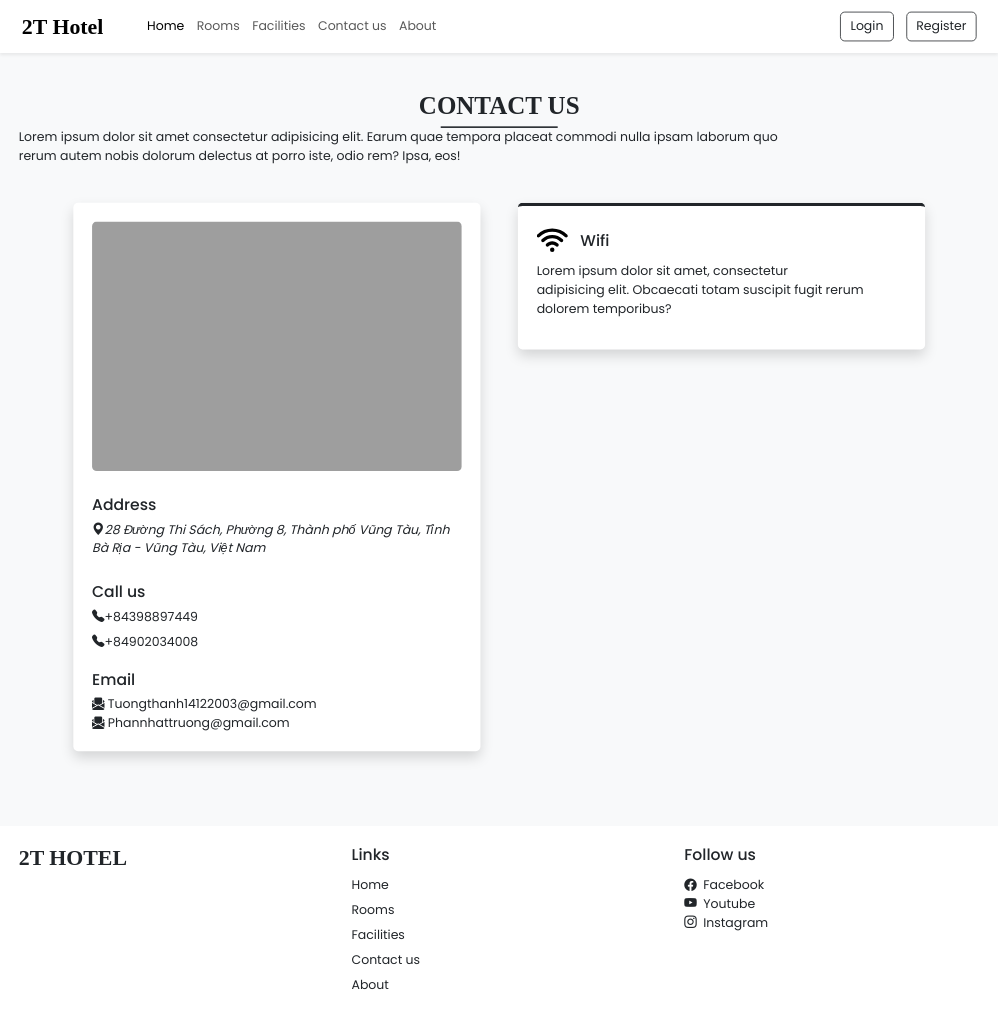
Repository: TaTongThanh2003/DoAnCoSo2024_BookingHotelWebsite
Page: http://localhost/WebsiteBookingHotel/contact.php
An editor plug-in stored every save of this project. The page is shown before and after the next save, followed by the edit.
The browser window is 1280 px wide. The pictures show the whole page, at 78% of full size.
Pictures or frames that could not be fetched are drawn as grey boxes. Some web fonts or font styles are not loaded; a fallback is used. The page is run by PHP 8.4 with error messages shown; the project is at /var/www/html/.

Above is the page before, as saved 2024-03-22 14:45:57.

After the next save:
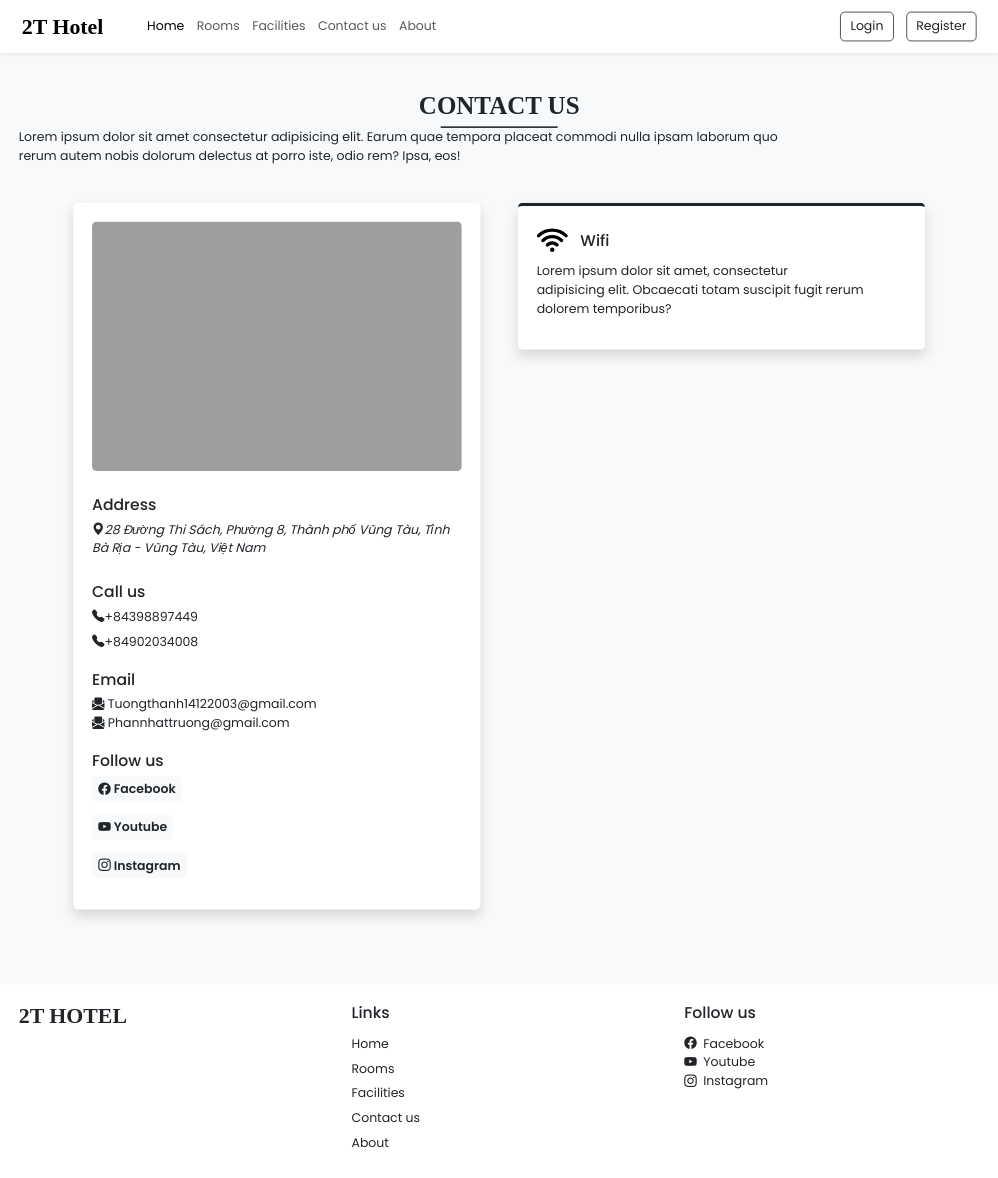
Saved 113 s later.
--- a/WebsiteBookingHotel/contact.php
+++ b/WebsiteBookingHotel/contact.php
@@ -62,6 +62,24 @@
                         <i class="bi bi-envelope-paper-fill"> </i>Tuongthanh14122003@gmail.com</a><br>
                     <a href="MailTo: phannhattruong@gmail.com " class="d-inline-block text-decoration-none text-dark">
                         <i class="bi bi-envelope-paper-fill"> </i>Phannhattruong@gmail.com</a>
+                    <h5 class="mt-4">Follow us</h5>
+                    <a href="#" class="d-inline-block mb-3">
+                        <span class="badge bg-light text-dark fs-6 p-2">
+                            <i class="bi bi-facebook"></i> Facebook
+                        </span>
+                    </a>
+                    <br>
+                    <a href="#" class="d-inline-block mb-3">
+                        <span class="badge bg-light text-dark fs-6 p-2">
+                            <i class="bi bi-youtube"></i> Youtube
+                        </span>
+                    </a>
+                    <br>
+                    <a href="#" class="d-inline-block mb-3">
+                        <span class="badge bg-light text-dark fs-6 p-2">
+                            <i class="bi bi-instagram"></i> Instagram
+                        </span>
+                    </a>
                 </div>
             </div>
             <div class="col-lg-6 col-md-6 mb-5 px-4">
